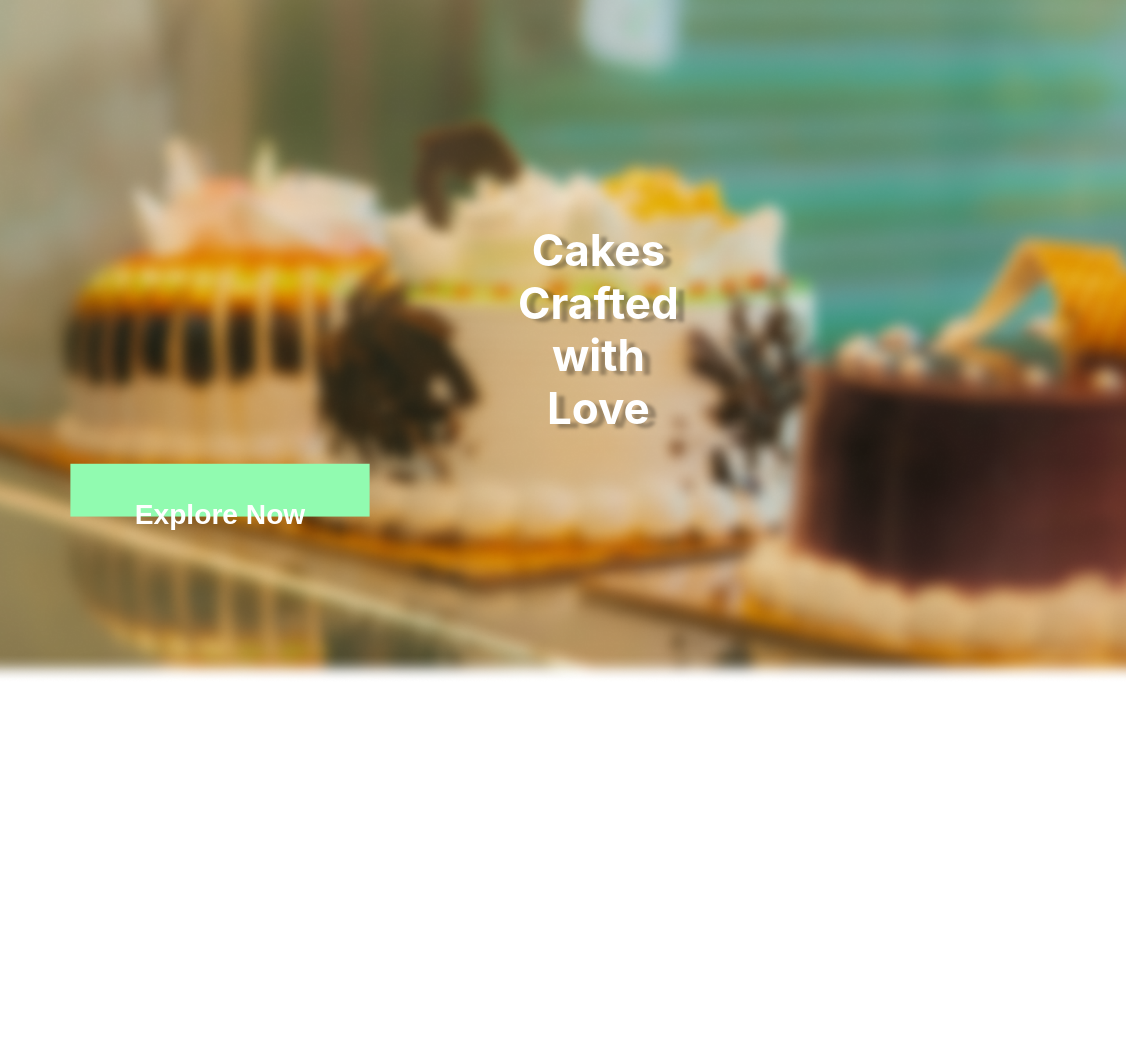
Repository: MEROO1010/cake-box-website
Page: / (app in Cake_box/cake_website/cake_frontend/)
These files come from the project's save history. The page is drawn as it stood at one moment and after the next save; the edit follows.
The browser window is 1280 px wide. The pictures show the whole page, at 88% of full size.
The project was rebuilt for these pictures with package versions that can differ from the ones it lists, and the page was loaded fresh each time.

Above is the page before, as saved 2024-10-22 12:18:10.

After the next save:
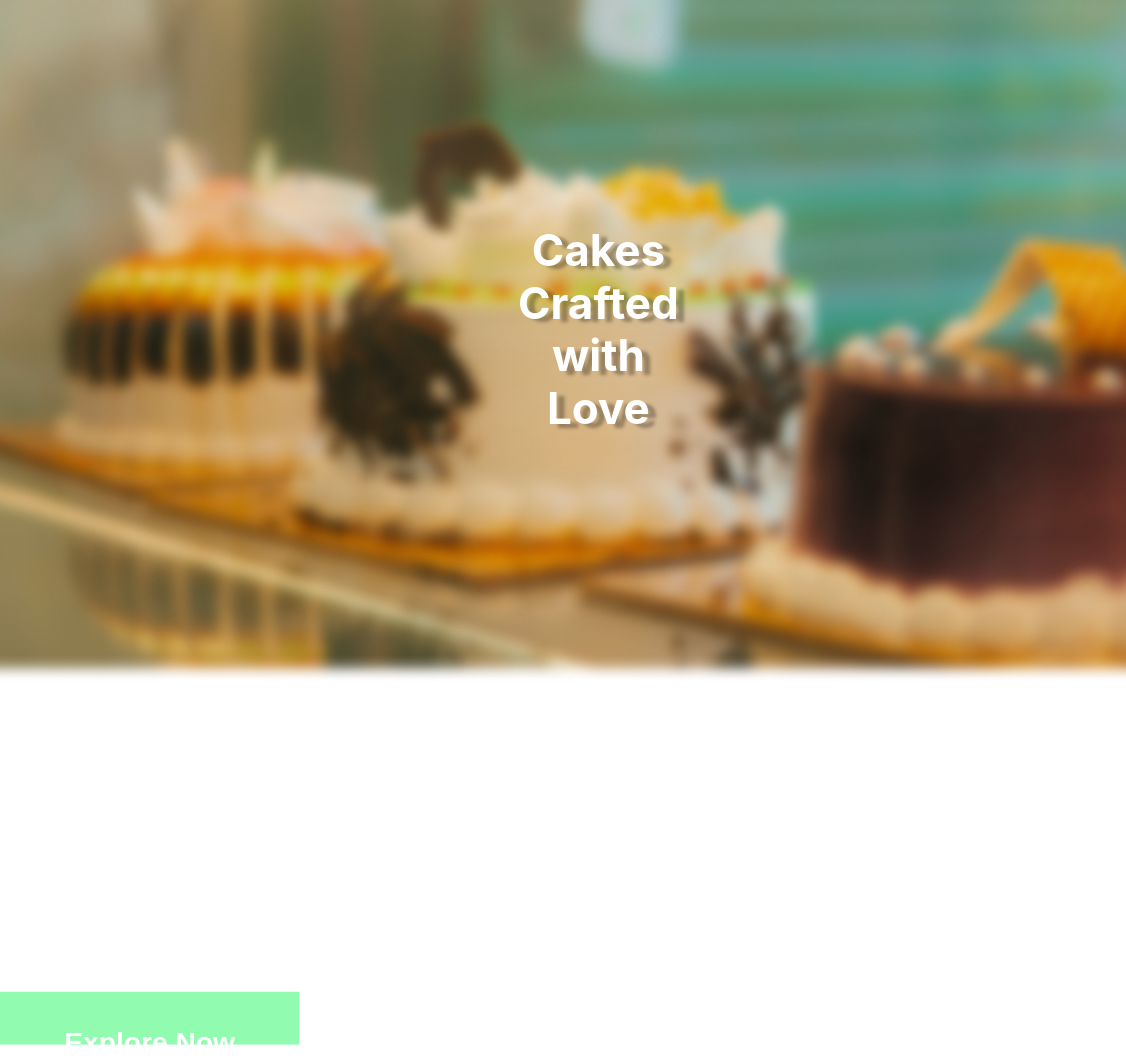
Saved 46 s later.
--- a/Cake_box/cake_website/cake_frontend/src/components/HomePage/Homepage.jsx
+++ b/Cake_box/cake_website/cake_frontend/src/components/HomePage/Homepage.jsx
@@ -45,8 +45,6 @@ const Container = styled.div `
     font-size:32px;
     font-weight:bold;
     padding-top:40px;
-    bottom:600px;
-    margin-left:80px;
     position: relative;
    }
 
